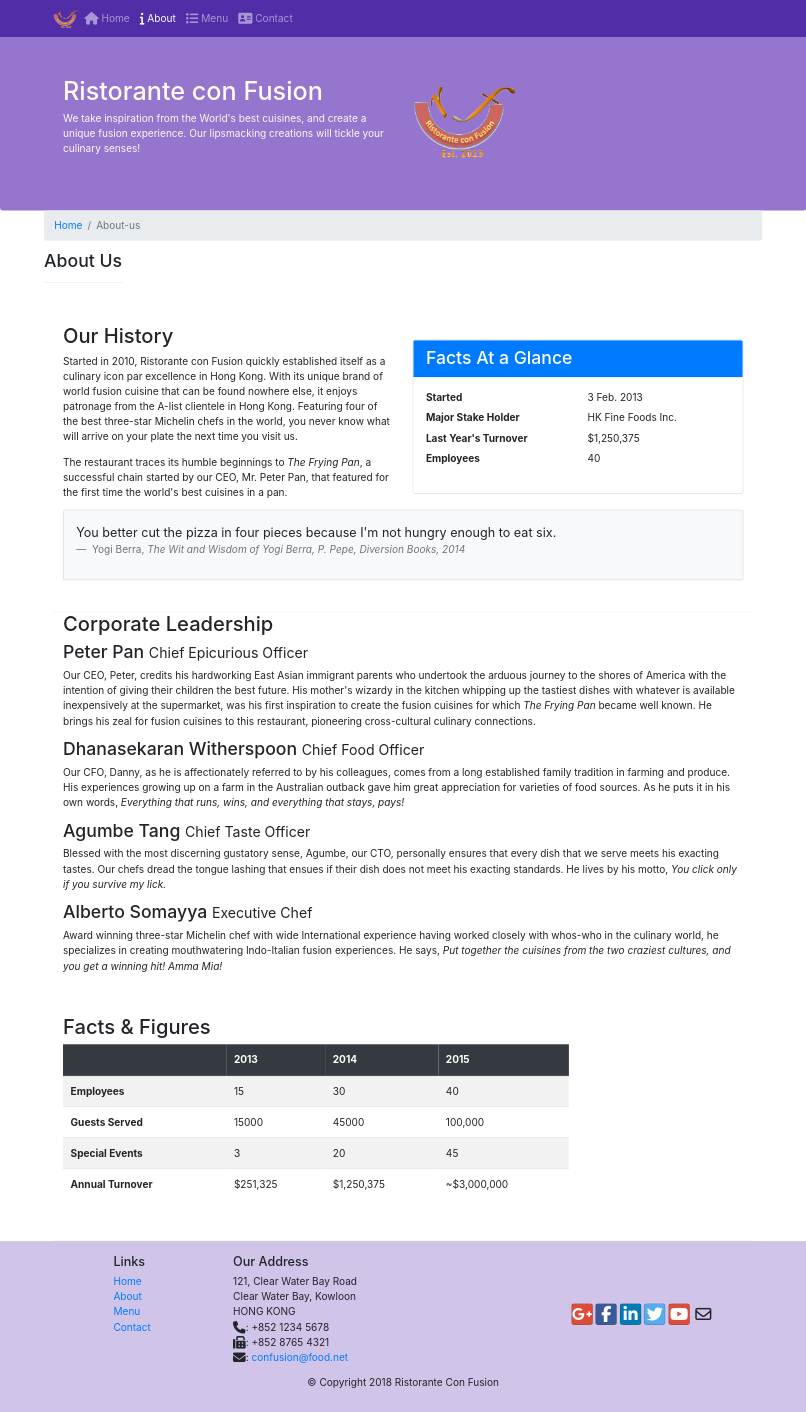
Repository: Samkiroko/Boostrap_intro
Page: about-us.html
An editor plug-in stored every save of this project. The page is shown before and after the next save, followed by the edit.
The browser window is 1280 px wide. The pictures show the whole page, at 63% of full size.
Some web libraries are served in a nearby version.

Above is the page before, as saved 2020-02-01 12:34:39.

### about-us.html
<!DOCTYPE html>
<html lang="en">
  <head>
    <!-- Required meta tags -->
    <meta charset="utf-8" />
    <meta
      name="viewport"
      content="width=device-width, initial-scale=1, shrink-to-fit=no"
    />

    <!-- Bootstrap CSS -->
    <link
      rel="stylesheet"
      href="https://stackpath.bootstrapcdn.com/bootstrap/4.4.1/css/bootstrap.min.css"
      integrity="sha384-Vkoo8x4CGsO3+Hhxv8T/Q5PaXtkKtu6ug5TOeNV6gBiFeWPGFN9MuhOf23Q9Ifjh"
      crossorigin="anonymous"
    />
    <link rel="stylesheet" href="css/bootstrap-social.css" />
    <link
      rel="stylesheet"
      href="node_modules/font-awesome/css/font-awesome.min.css"
    />
    <link
      rel="stylesheet"
      href="node_modules/bootstrap-social/bootstrap-social.css"
    />
    <link rel="stylesheet" href="css/style.css" />
    <title>Ristorante Con Fusion</title>
  </head>

  <body>
    <nav class="navbar navbar-dark navbar-expand-sm  fixed-top">
      <div class="container">
        <button
          class="navbar-toggler"
          type="button"
          data-toggle="collapse"
          data-target="#Navbar"
        >
          <span class="navbar-toggler-icon"></span>
        </button>
        <a href="#" class="navbar-brand mr-auto"
          ><img src="img/logo.png" height="30" width="41" alt=""
        /></a>
        <div class="collapse navbar-collapse" id="Navbar">
          <ul class="navbar-nav mr-auto">
            <li class="nav-item">
              <a class="nav-link" href="./index.html"
                ><span class="fa fa-home fa-lg"></span> Home</a
              >
            </li>
            <li class="nav-item active">
              <a class="nav-link" href="#"
                ><span class="fa fa-info fa-lg"></span> About</a
              >
            </li>
            <li class="nav-item">
              <a class="nav-link" href="#"
                ><span class="fa fa-list fa-lg"></span> Menu</a
              >
            </li>
            <li class="nav-item">
              <a class="nav-link" href="/contactus.html"
                ><span class="fa fa-address-card fa-lg"></span> Contact</a
              >
            </li>
          </ul>
        </div>
      </div>
    </nav>
    <header class="jumbotron">
      <div class="container">
        <div class="row row-header">
          <div class="col-12 col-sm-6">
            <h1>Ristorante con Fusion</h1>
            <p>
              We take inspiration from the World's best cuisines, and create a
              unique fusion experience. Our lipsmacking creations will tickle
              your culinary senses!
            </p>
          </div>
          <div class="col-12 col-sm align-self-center">
            <img src="img/logo.png" alt="Ristorante logo" class="img-fluid" />
          </div>
        </div>
      </div>
    </header>

    <div class="container">
      <div class="row">
        <ol class="col-12 breadcrumb">
          <li class="breadcrumb-item"><a href="/index.html">Home</a></li>
          <li class="breadcrumb-item active">About-us</li>
        </ol>
        <div>
          <h3>About Us</h3>
          <hr />
        </div>
      </div>

      <div class="row row-content align-items-center">
        <div class="col-12 col-sm-6">
          <h2>Our History</h2>
          <p>
            Started in 2010, Ristorante con Fusion quickly established itself as
            a culinary icon par excellence in Hong Kong. With its unique brand
            of world fusion cuisine that can be found nowhere else, it enjoys
            patronage from the A-list clientele in Hong Kong. Featuring four of
            the best three-star Michelin chefs in the world, you never know what
            will arrive on your plate the next time you visit us.
          </p>
          <p>
            The restaurant traces its humble beginnings to
            <em>The Frying Pan</em>, a successful chain started by our CEO, Mr.
            Peter Pan, that featured for the first time the world's best
            cuisines in a pan.
          </p>
        </div>
        <div class="col-12 col-sm-6">
          <div class="card">
            <h3 class="card-header bg-primary text-white">Facts At a Glance</h3>
            <div class="card-body">
              <dl class="row">
                <dt class="col-6">Started</dt>
                <dd class="col-6">3 Feb. 2013</dd>
                <dt class="col-6">Major Stake Holder</dt>
                <dd class="col-6">HK Fine Foods Inc.</dd>
                <dt class="col-6">Last Year's Turnover</dt>
                <dd class="col-6">$1,250,375</dd>
                <dt class="col-6">Employees</dt>
                <dd class="col-6">40</dd>
              </dl>
            </div>
          </div>
        </div>
        <div class="col-12">
          <div class="card card-body bg-light">
            <blockquote class="blockquote">
              <p class="mb-0">
                You better cut the pizza in four pieces because I'm not hungry
                enough to eat six.
              </p>
              <footer class="blockquote-footer">
                Yogi Berra,
                <cite title="Source Title"
                  >The Wit and Wisdom of Yogi Berra, P. Pepe, Diversion Books,
                  2014</cite
                >
              </footer>
            </blockquote>
          </div>
        </div>
      </div>

      <div class="col">
        <div>
          <h2>Corporate Leadership</h2>
          <h3>Peter Pan <small>Chief Epicurious Officer</small></h3>
          <p class="d-none d-sm-block">
            Our CEO, Peter, credits his hardworking East Asian immigrant parents
            who undertook the arduous journey to the shores of America with the
            intention of giving their children the best future. His mother's
            wizardy in the kitchen whipping up the tastiest dishes with whatever
            is available inexpensively at the supermarket, was his first
            inspiration to create the fusion cuisines for which
            <em>The Frying Pan</em> became well known. He brings his zeal for
            fusion cuisines to this restaurant, pioneering cross-cultural
            culinary connections.
          </p>
          <h3>Dhanasekaran Witherspoon <small>Chief Food Officer</small></h3>
          <p class="d-none d-sm-block">
            Our CFO, Danny, as he is affectionately referred to by his
            colleagues, comes from a long established family tradition in
            farming and produce. His experiences growing up on a farm in the
            Australian outback gave him great appreciation for varieties of food
            sources. As he puts it in his own words,
            <em
              >Everything that runs, wins, and everything that stays, pays!</em
            >
          </p>
          <h3>Agumbe Tang <small>Chief Taste Officer</small></h3>
          <p class="d-none d-sm-block">
            Blessed with the most discerning gustatory sense, Agumbe, our CTO,
            personally ensures that every dish that we serve meets his exacting
            tastes. Our chefs dread the tongue lashing that ensues if their dish
            does not meet his exacting standards. He lives by his motto,
            <em>You click only if you survive my lick.</em>
          </p>
          <h3>Alberto Somayya <small>Executive Chef</small></h3>
          <p class="d-none d-sm-block">
            Award winning three-star Michelin chef with wide International
            experience having worked closely with whos-who in the culinary
            world, he specializes in creating mouthwatering Indo-Italian fusion
            experiences. He says,
            <em
              >Put together the cuisines from the two craziest cultures, and you
              get a winning hit! Amma Mia!</em
            >
          </p>
        </div>
      </div>
      <div class="row row-content">
        <div class="col-12 col-sm-9">
          <h2>Facts &amp; Figures</h2>
          <div class="table-responsive">
            <table class="table table-striped">
              <thead class="thead-dark">
                <tr>
                  <th>&nbsp;</th>
                  <th>2013</th>
                  <th>2014</th>
                  <th>2015</th>
                </tr>
              </thead>
              <tbody>
                <tr>
                  <th>Employees</th>
                  <td>15</td>
                  <td>30</td>
                  <td>40</td>
                </tr>
                <tr>
                  <th>Guests Served</th>
                  <td>15000</td>
                  <td>45000</td>
                  <td>100,000</td>
                </tr>
                <tr>
                  <th>Special Events</th>
                  <td>3</td>
                  <td>20</td>
                  <td>45</td>
                </tr>
                <tr>
                  <th>Annual Turnover</th>
                  <td>$251,325</td>
                  <td>$1,250,375</td>
                  <td>~$3,000,000</td>
                </tr>
              </tbody>
            </table>
          </div>
        </div>
        <div class="col-12 colsm3"></div>
      </div>
    </div>

    <footer class="footer">
      <div class="container">
        <div class="row">
          <div class="col-4 offset-1 col-sm-2">
            <h5>Links</h5>
            <ul class="list-unstyled">
              <li><a href="/index.html">Home</a></li>
              <li><a href="/about-us.html">About</a></li>
              <li><a href="#">Menu</a></li>
              <li><a href="#">Contact</a></li>
            </ul>
          </div>
          <div class="col-7 col-sm-5">
            <h5>Our Address</h5>
            <address>
              121, Clear Water Bay Road<br />
              Clear Water Bay, Kowloon<br />
              HONG KONG<br />
              <i class="fa fa-phone fa-lg"></i>: +852 1234 5678<br />
              <i class="fa fa-fax fa-lg"></i>: +852 8765 4321<br />
              <i class="fa fa-envelope fa-lg"></i>:
              <a href="mailto:confusion@food.net">confusion@food.net</a>
            </address>
          </div>
          <div class="col-12 col-sm-4 align-self-center">
            <div class="text-center">
              <div class="text-center">
                <a
                  class="btn btn-social-icon btn-google"
                  href="http://google.com/+"
                  ><i class="fa fa-google-plus"></i
                ></a>
                <a
                  class="btn btn-social-icon btn-facebook"
                  href="http://www.facebook.com/profile.php?id="
                  ><i class="fa fa-facebook"></i
                ></a>
                <a
                  class="btn btn-social-icon btn-linkedin"
                  href="http://www.linkedin.com/in/"
                  ><i class="fa fa-linkedin"></i
                ></a>
                <a
                  class="btn btn-social-icon btn-twitter"
                  href="http://twitter.com/"
                  ><i class="fa fa-twitter"></i
                ></a>
                <a
                  class="btn btn-social-icon btn-google"
                  href="http://youtube.com/"
                  ><i class="fa fa-youtube"></i
                ></a>
                <a class="btn btn-social-icon" href="mailto:"
                  ><i class="fa fa-envelope-o"></i
                ></a>
              </div>
            </div>
          </div>
        </div>
        <div class="row justify-content-center">
          <div class="col-auto">
            <p>© Copyright 2018 Ristorante Con Fusion</p>
          </div>
        </div>
      </div>
    </footer>
    <!-- Optional JavaScript -->
    <!-- jQuery first, then Popper.js, then Bootstrap JS -->
    <script
      src="https://code.jquery.com/jquery-3.4.1.slim.min.js"
      integrity="sha384-J6qa4849blE2+poT4WnyKhv5vZF5SrPo0iEjwBvKU7imGFAV0wwj1yYfoRSJoZ+n"
      crossorigin="anonymous"
    ></script>
    <script
      src="https://cdn.jsdelivr.net/npm/popper.js@1.16.0/dist/umd/popper.min.js"
      integrity="sha384-Q6E9RHvbIyZFJoft+2mJbHaEWldlvI9IOYy5n3zV9zzTtmI3UksdQRVvoxMfooAo"
      crossorigin="anonymous"
    ></script>
    <script
      src="https://stackpath.bootstrapcdn.com/bootstrap/4.4.1/js/bootstrap.min.js"
      integrity="sha384-wfSDF2E50Y2D1uUdj0O3uMBJnjuUD4Ih7YwaYd1iqfktj0Uod8GCExl3Og8ifwB6"
      crossorigin="anonymous"
    ></script>
  </body>
</html>

### css/style.css
body {
  padding: 50px 0px 0px 0px;
  z-index: 0;
}

.navbar-dark {
  background-color: #512da8;
}

.row-header {
  margin: 0px auto;
  padding: 0px auto;
}

.row-content {
  margin: 0px auto;
  padding: 50px 0px 50px 0px;
  border-bottom: 1px ridge;
  min-height: 400px;
}
.footer {
  background-color: #d1c4e9;
  margin: 0px auto;
  padding: 20px 0px 20px 0px;
}
.jumbotron {
  padding: 70px 30px 70px 30px;
  margin: 0px auto;
  background-color: #9575cd;
  color: floralwhite;
}
.address {
  font-size: 80%;
  margin: 0px;
  color: #0f0f0f;
}

Loaded but not shown: css/bootstrap-social.css (library)

After the next save:
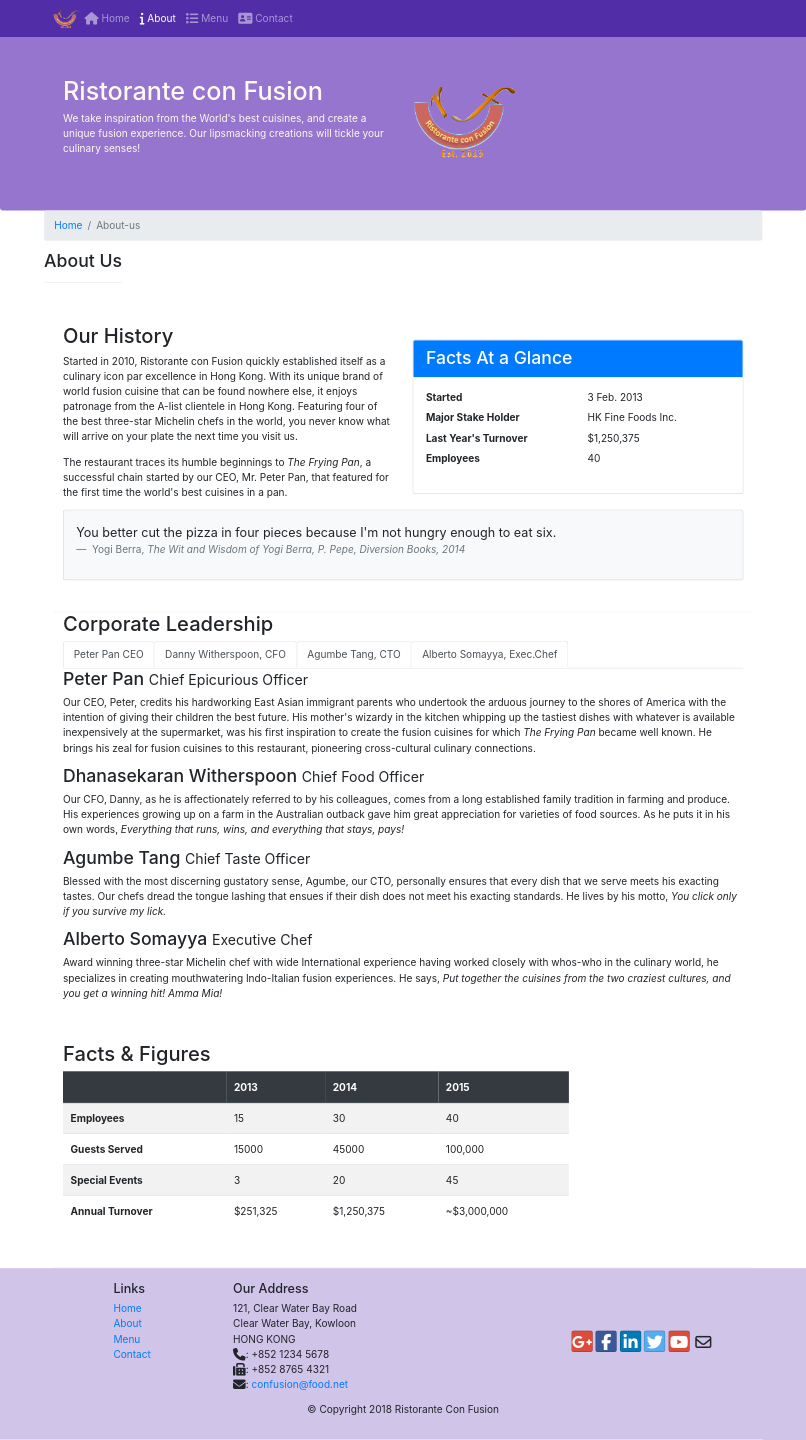
Saved 69 min 25 s later.
--- a/about-us.html
+++ b/about-us.html
@@ -155,6 +155,26 @@
       <div class="col">
         <div>
           <h2>Corporate Leadership</h2>
+
+          <ul class="nav nav-tabs">
+            <li class="nav-item">
+              <a href="#peter" class="nav-link active" role="tab" data-toggle="tab">
+                Peter Pan CEO
+              </a>
+            </li>
+            <a href="#danny" class="nav-link active" role="tab" data-toggle="tab">
+                Danny Witherspoon, CFO
+              </a>
+            </li>
+            <a href="#agumbe" class="nav-link active" role="tab" data-toggle="tab">
+                Agumbe Tang, CTO
+              </a>
+            </li>
+            <a href="#alberto" class="nav-link active" role="tab" data-toggle="tab">
+                Alberto Somayya, Exec.Chef
+              </a>
+            </li>
+          </ul>
           <h3>Peter Pan <small>Chief Epicurious Officer</small></h3>
           <p class="d-none d-sm-block">
             Our CEO, Peter, credits his hardworking East Asian immigrant parents
